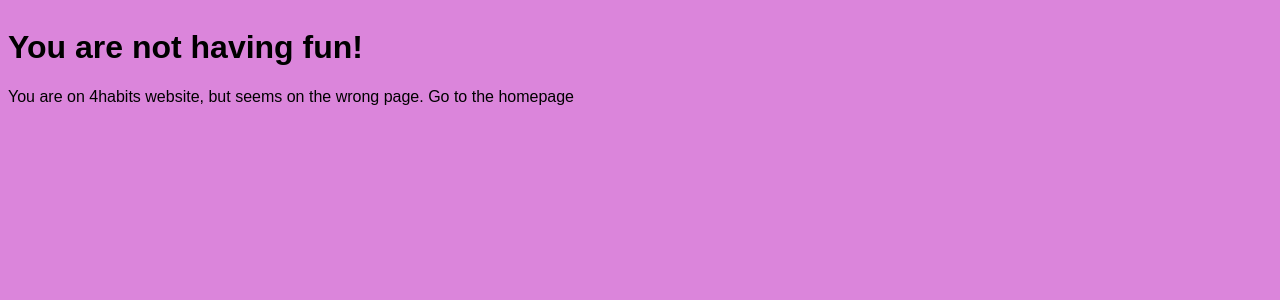
Repository: MLbier/project4habits
Page: public/404.html
The author's editor kept a copy of each file at every save. The page is drawn from the files as they stood at one save, then again after the next save.
The browser window is 1280 px wide. The pictures show the whole page.

Above is the page before, as saved 2021-12-03 13:14:17.

### public/404.html
<!DOCTYPE html>
<html>
<head>
  <title>The page you were looking for doesn't exist (404)</title>
  <meta name="viewport" content="width=device-width,initial-scale=1">
  <style>

  .error-page {
    background-color:rgb(219, 133, 219);
    font-family: Arial, Helvetica, sans-serif;
    align-content: center;
  }
  .rails-default-error-page div.dialog {
    width: 95%;
    max-width: 33em;
    margin: 4em auto 0;
  }

  .rails-default-error-page div.dialog > div {
    border: 1px solid #CCC;
    border-right-color: #999;
    border-left-color: #999;
    border-bottom-color: #BBB;
    border-top: #B00100 solid 4px;
    border-top-left-radius: 9px;
    border-top-right-radius: 9px;
    background-color: white;
    padding: 7px 12% 0;
    box-shadow: 0 3px 8px rgba(50, 50, 50, 0.17);
  }

  .rails-default-error-page h1 {
    font-size: 100%;
    color: #730E15;
    line-height: 1.5em;
  }

  .rails-default-error-page div.dialog > p {
    margin: 0 0 1em;
    padding: 1em;
    background-color: #F7F7F7;
    border: 1px solid #CCC;
    border-right-color: #999;
    border-left-color: #999;
    border-bottom-color: #999;
    border-bottom-left-radius: 4px;
    border-bottom-right-radius: 4px;
    border-top-color: #DADADA;
    color: #666;
    box-shadow: 0 3px 8px rgba(50, 50, 50, 0.17);
  }
  </style>
</head>

<body class="error-page">
  <!-- This file lives in public/404.html -->
  <div class="dialog">
    <div>
      <h1>You are not having fun!</h1>
      <p>You are on 4habits website, but seems on the wrong page. Go to the homepage</p>
    </div>

  </div>
</body>
</html>

After the next save:
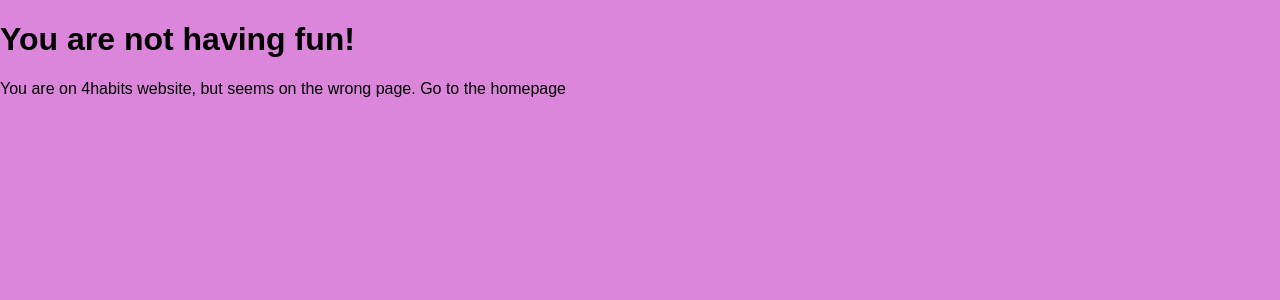
Saved 37 s later.
--- a/public/404.html
+++ b/public/404.html
@@ -8,7 +8,7 @@
   .error-page {
     background-color:rgb(219, 133, 219);
     font-family: Arial, Helvetica, sans-serif;
-    align-content: center;
+    margin:0 auto;
   }
   .rails-default-error-page div.dialog {
     width: 95%;
